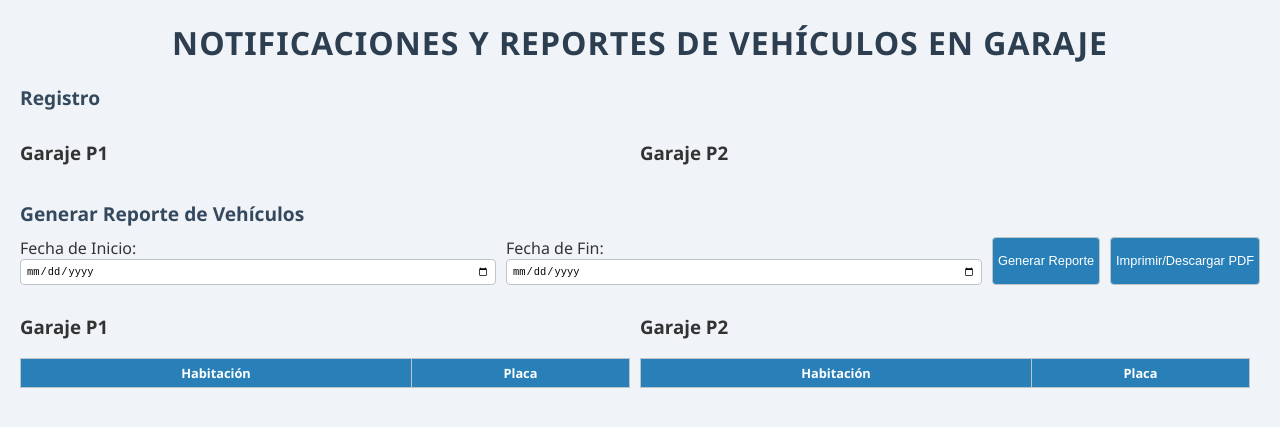
Repository: EddyWebz/REPOSITORIO-BASE-DATOS
Page: privado/report.html
An editor plug-in stored every save of this project. The page is shown before and after the next save, followed by the edit.
The browser window is 1280 px wide. The pictures show the whole page.
The page's requests for data from a server got no answer.

Above is the page before, as saved 2024-08-15 15:02:45.

After the next save:
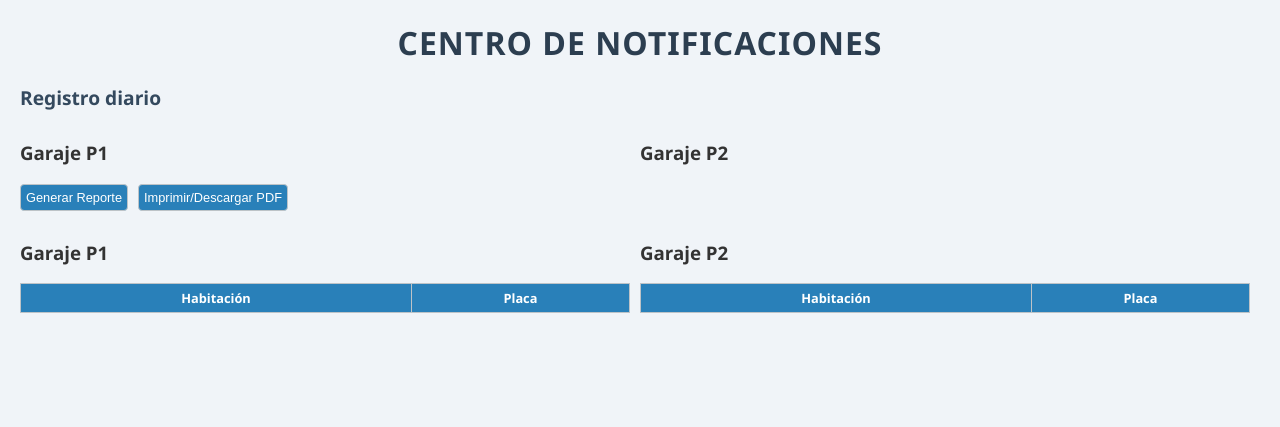
Saved 4 min 31 s later.
--- a/privado/report.html
+++ b/privado/report.html
@@ -10,12 +10,12 @@
 <body>
     <!-- Encabezado de la página -->
     <header>
-        <h1>Notificaciones y Reportes de Vehículos en Garaje</h1>
+        <h1>Centro de Notificaciones</h1>
     </header>
 
     <!-- Sección de Notificaciones Activas -->
     <section id="notificaciones">
-        <h2>Registro</h2>
+        <h2>Registro diario</h2>
         <div class="notificaciones-garajes">
             <div class="garaje">
                 <h3>Garaje P1</h3>
@@ -34,16 +34,7 @@
 
     <!-- Sección de Reportes -->
     <section id="reportes">
-        <h2>Generar Reporte de Vehículos</h2>
         <form id="form-reporte">
-            <div class="form-group">
-                <label for="fecha-inicio">Fecha de Inicio:</label>
-                <input type="date" id="fecha-inicio" name="fecha-inicio" required>
-            </div>
-            <div class="form-group">
-                <label for="fecha-fin">Fecha de Fin:</label>
-                <input type="date" id="fecha-fin" name="fecha-fin" required>
-            </div>
             <button type="submit">Generar Reporte</button>
             <!-- Botón de Imprimir -->
             <button type="button" id="btn-imprimir">Imprimir/Descargar PDF</button>
